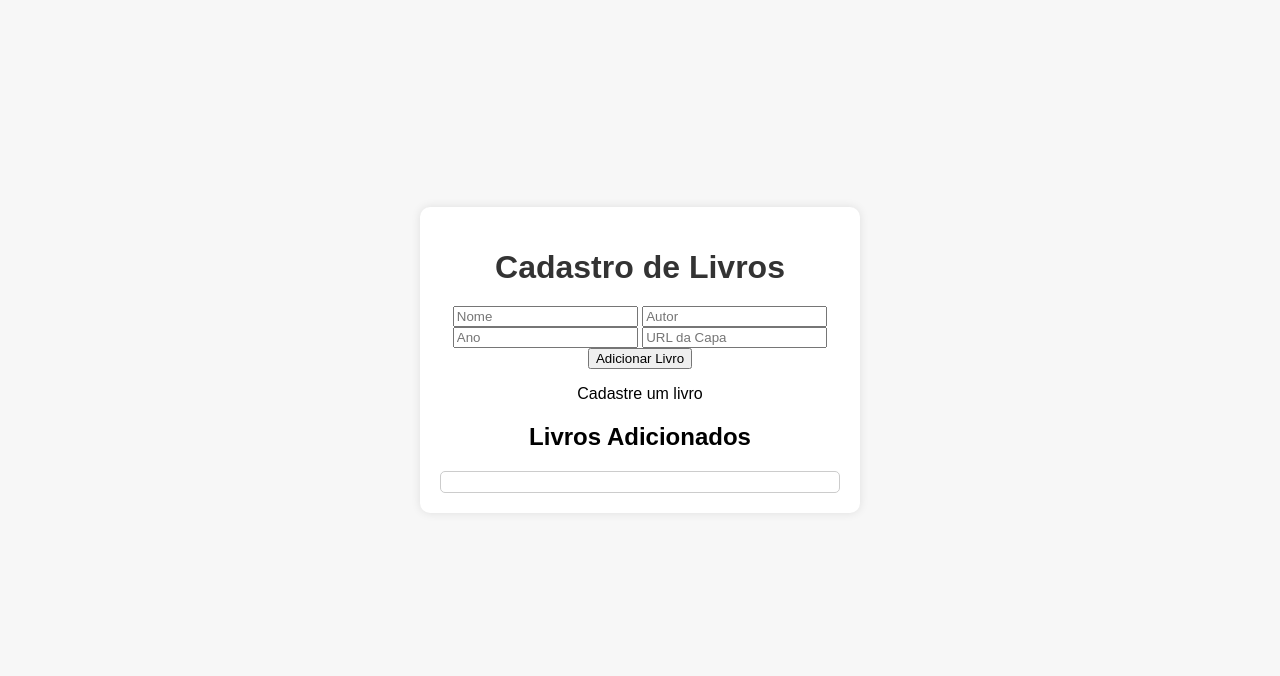
Repository: Matheus904-12/JS-BIN
Page: index.html
These files come from the project's save history. The page is drawn as it stood at one moment and after the next save; the edit follows.
The browser window is 1280 px wide. The pictures show the whole page.

Above is the page before, as saved 2023-09-10 20:09:12.

### index.html
<!DOCTYPE html>
<html lang="pt-br">

<head>
    <meta charset="UTF-8">
    <meta name="viewport" content="width=device-width, initial-scale=1.0">
    <title>Biblioteca de Livros</title>
    <link rel="stylesheet" href="style.css">
</head>

<body>
    <div class="container">
        <div class="cadastro-box">
            <h1>Cadastro de Livros</h1>
            <input id="nomeLivro" placeholder="Nome" type="text">
            <input id="autorLivro" placeholder="Autor" type="text">
            <input id="anoLivro" placeholder="Ano" type="number">
            <input id="capaLivro" placeholder="URL da Capa" type="text">
            <button onclick="adicionar();">Adicionar Livro</button>
            <p id="contadorLivros">Cadastre um livro</p>
        </div>
        <div class="registros-box">
            <h2>Livros Adicionados</h2>
            <div id="livros" class="livros-box"></div>
        </div>
    </div>
    <div class="notification-carousel" id="notification-carousel"></div>
    <div class="carrossel-box">
        <div class="carrossel" id="carrossel"></div>
    </div>
    <script src="script.js"></script>
</body>

</html>

### style.css
body {
    font-family: Arial, sans-serif;
    background-color: #f7f7f7;
    display: flex;
    justify-content: center;
    align-items: center;
    height: 100vh;
    margin: 0;
}

.container {
    background-color: #fff;
    border-radius: 10px;
    box-shadow: 0px 0px 10px rgba(0, 0, 0, 0.1);
    padding: 20px;
    width: 400px;
    text-align: center;
}

.container h1 {
    color: #333;
    margin-bottom: 20px;
}

.input-group {
    margin-bottom: 15px;
}

.input-group label {
    display: block;
    font-weight: bold;
    margin-bottom: 5px;
    text-align: left;
}

.input-group input {
    width: calc(100% - 12px);
    padding: 8px;
    border: 1px solid #ccc;
    border-radius: 5px;
    font-size: 16px;
}

.btn-group {
    display: flex;
    justify-content: space-between;
    align-items: center;
}

.btn-group button {
    flex: 1;
    padding: 10px;
    margin: 0 5px;
    border: none;
    border-radius: 5px;
    font-size: 16px;
    cursor: pointer;
    transition: background-color 0.3s;
}

.btn-group button:hover {
    background-color: #007bff;
    color: #fff;
}

.livros-box {
    border: 1px solid #ccc;
    padding: 10px;
    margin-top: 10px;
    border-radius: 5px;
    overflow-y: auto;
    max-height: 150px;
}

.livro {
    display: flex;
    justify-content: space-between;
    align-items: center;
    margin-bottom: 5px;
    padding: 5px;
    border-bottom: 1px solid #ddd;
    font-size: 14px;
}

.livro h3 {
    margin: 0;
}

.livro button {
    background-color: #007bff;
    color: #fff;
    border: none;
    border-radius: 3px;
    padding: 3px 8px;
    cursor: pointer;
    transition: background-color 0.3s;
}

.livro button:hover {
    background-color: #0056b3;
}

### script.js
let biblioteca = [];
let carrosselIndex = 0;
let notifications = [];

function cadastro(nome, autor, ano, capa) {
    var livro = {
        nome: nome,
        autor: autor,
        ano: ano,
        capa: capa
    };
    biblioteca.push(livro);
    atualizarContador();
    mostrarLivros();
    startCarousel();
}

function adicionar() {
    let nome = document.getElementById('nomeLivro').value;
    let autor = document.getElementById('autorLivro').value;
    let ano = document.getElementById('anoLivro').value;
    let capa = document.getElementById('capaLivro').value;
    cadastro(nome, autor, ano, capa);
    showNotification('Livro adicionado com sucesso!', true);
}

function mostrarLivros() {
    const livrosDiv = document.getElementById('livros');
    livrosDiv.innerHTML = '';

    for (let i = 0; i < biblioteca.length; i++) {
        const livro = biblioteca[i];
        const livroDiv = document.createElement('div');
        livroDiv.classList.add('livro');

        const infoDiv = document.createElement('div');
        const nomeAutor = document.createElement('h3');
        nomeAutor.textContent = `Nome: ${livro.nome}, Autor: ${livro.autor}`;
        infoDiv.appendChild(nomeAutor);

        const ano = document.createElement('p');
        ano.textContent = `Ano: ${livro.ano}`;
        infoDiv.appendChild(ano);

        const capaDiv = document.createElement('div');
        capaDiv.classList.add('capa-livro');
        capaDiv.style.backgroundImage = `url('${livro.capa}')`;
        livroDiv.appendChild(capaDiv);

        const btnDiv = document.createElement('div');
        const mostrarBtn = document.createElement('button');
        mostrarBtn.textContent = 'Mostrar';
        mostrarBtn.onclick = function () {
            console.log(`Nome: ${livro.nome}, Autor: ${livro.autor}, Ano: ${livro.ano}`);
        };
        btnDiv.appendChild(mostrarBtn);

        const apagarBtn = document.createElement('button');
        apagarBtn.textContent = 'Apagar';
        apagarBtn.onclick = function () {
            biblioteca.splice(i, 1);
            mostrarLivros();
            atualizarContador();
        };
        btnDiv.appendChild(apagarBtn);

        livroDiv.appendChild(infoDiv);
        livroDiv.appendChild(btnDiv);

        livrosDiv.appendChild(livroDiv);
    }

    startCarousel(); // Iniciar o carrossel após atualizar os livros
}

function apagarLivros() {
    biblioteca = [];
    atualizarContador();
    mostrarLivros();
    console.log('Biblioteca apagada');
}

function atualizarContador() {
    const contador = document.getElementById('contadorLivros');
    if (biblioteca.length === 0) {
        contador.textContent = 'Cadastre um livro';
    } else {
        contador.textContent = `${biblioteca.length} livro${biblioteca.length === 1 ? '' : 's'} cadastrado${biblioteca.length === 1 ? '' : 's'}`;
    }
}

function showNotification(message, isSuccess) {
    const notificationCarousel = document.getElementById('notification-carousel');
    const newNotification = document.createElement('div');
    newNotification.textContent = message;
    newNotification.style.backgroundColor = isSuccess ? '#28a745' : '#dc3545';
    newNotification.classList.add('notification');
    notificationCarousel.appendChild(newNotification);

    notifications.push(newNotification);
    startNotificationCarousel();
}

function startNotificationCarousel() {
    let currentIndex = notifications.length - 1;
    notifications[currentIndex].style.transform = 'translateX(0)';

    setTimeout(() => {
        notifications[currentIndex].style.transform = 'translateX(100%)';

        setTimeout(() => {
            notifications[currentIndex].remove();
            notifications.splice(currentIndex, 1);
        }, 500);
    }, 3000);
}

function startCarousel() {
    const carrossel = document.getElementById('carrossel');
    carrossel.innerHTML = '';

    for (let i = 0; i < biblioteca.length; i++) {
        const livro = biblioteca[i];
        const capaDiv = document.createElement('div');
        capaDiv.classList.add('capa');
        capaDiv.style.backgroundImage = `url('${livro.capa}')`;

        carrossel.appendChild(capaDiv);
    }

    carrosselIndex = 0;
    showNextCarrosselItem();
}

function showNextCarrosselItem() {
    const carrossel = document.getElementById('carrossel');
    const capas = carrossel.querySelectorAll('.capa');

    if (capas.length > 0) {
        capas[carrosselIndex].style.opacity = '1';

        setTimeout(() => {
            capas[carrosselIndex].style.opacity = '0';
            carrosselIndex = (carrosselIndex + 1) % capas.length;
            showNextCarrosselItem();
        }, 3000); // Troca a cada 3 segundos (3000 milissegundos)
    }
}

After the next save:
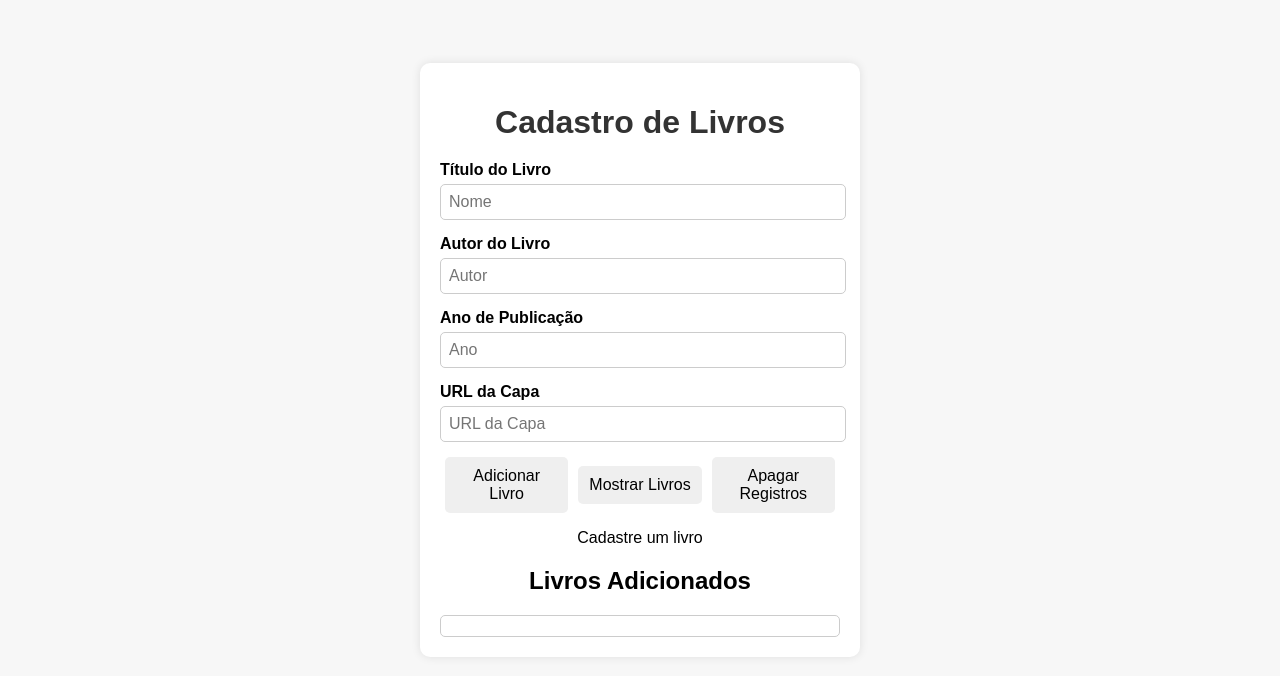
Saved 2 min 15 s later.
--- a/index.html
+++ b/index.html
@@ -4,7 +4,7 @@
 <head>
     <meta charset="UTF-8">
     <meta name="viewport" content="width=device-width, initial-scale=1.0">
-    <title>Biblioteca de Livros</title>
+    <title>Cadastro de Livros</title>
     <link rel="stylesheet" href="style.css">
 </head>
 
@@ -12,11 +12,27 @@
     <div class="container">
         <div class="cadastro-box">
             <h1>Cadastro de Livros</h1>
-            <input id="nomeLivro" placeholder="Nome" type="text">
-            <input id="autorLivro" placeholder="Autor" type="text">
-            <input id="anoLivro" placeholder="Ano" type="number">
-            <input id="capaLivro" placeholder="URL da Capa" type="text">
-            <button onclick="adicionar();">Adicionar Livro</button>
+            <div class="input-group">
+                <label for="nomeLivro">Título do Livro</label>
+                <input id="nomeLivro" placeholder="Nome" type="text">
+            </div>
+            <div class="input-group">
+                <label for="autorLivro">Autor do Livro</label>
+                <input id="autorLivro" placeholder="Autor" type="text">
+            </div>
+            <div class="input-group">
+                <label for="anoLivro">Ano de Publicação</label>
+                <input id="anoLivro" placeholder="Ano" type="number">
+            </div>
+            <div class="input-group">
+                <label for="capaLivro">URL da Capa</label>
+                <input id="capaLivro" placeholder="URL da Capa" type="text">
+            </div>
+            <div class="btn-group">
+                <button onclick="adicionar();">Adicionar Livro</button>
+                <button onclick="mostrarLivros();">Mostrar Livros</button>
+                <button onclick="apagarLivros();">Apagar Registros</button>
+            </div>
             <p id="contadorLivros">Cadastre um livro</p>
         </div>
         <div class="registros-box">
